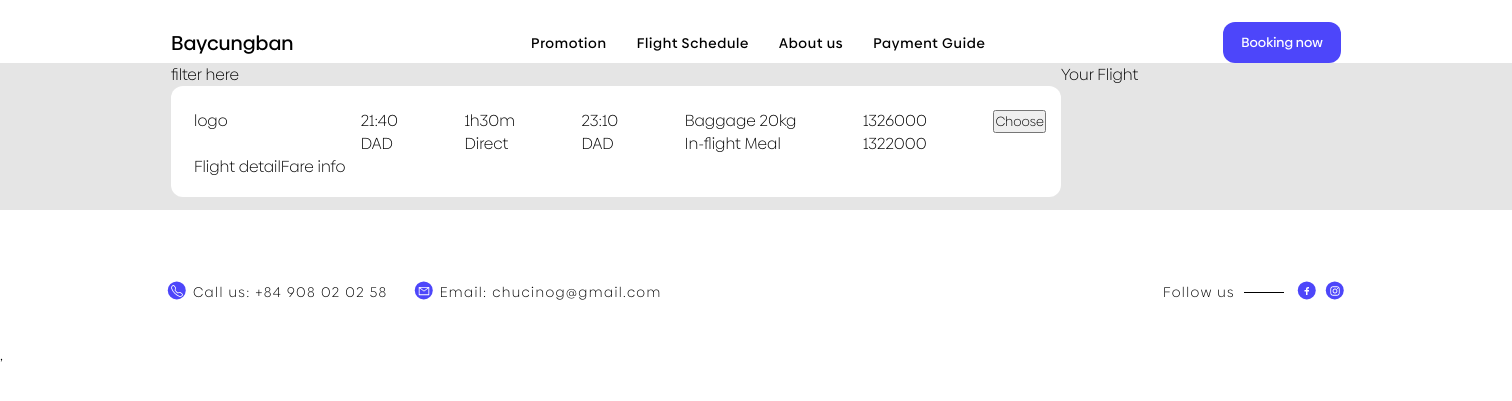
Repository: pinocoding/my-flying
Page: /list (app in my-flying/)
These files come from the project's save history. The page is drawn as it stood at one moment and after the next save; the edit follows.
The browser window is 1280 px wide. The page is 1512 px wide, so the pictures cover 1512 px, including what lies to the right of the window. The pictures show the whole page.
The project was rebuilt for these pictures with package versions that can differ from the ones it lists, and the page was loaded fresh each time. Also part of the build but not shown: my-flying/src/components/InDecreaBtn/InDecreaBtn.js, my-flying/src/components/TravelBooking/TravelBooking.css, my-flying/src/components/TravelBooking/TravelBooking.js, my-flying/src/components/home/Home.css, my-flying/src/components/home/Home.js. Imported but missing from the stored project, and not drawn on this page: my-flying/src/reportWebVitals.

Above is the page before, as saved 2022-09-09 17:02:12.

After the next save:
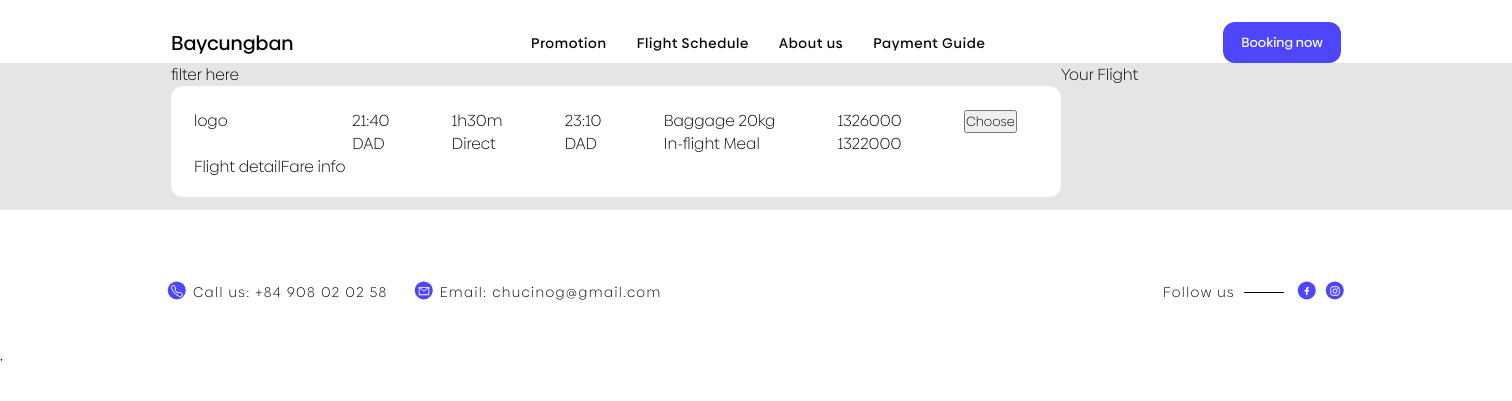
Saved 7 s later.
--- a/my-flying/src/components/FlightsInfor/FlightInfor.css
+++ b/my-flying/src/components/FlightsInfor/FlightInfor.css
@@ -16,7 +16,6 @@
   display: flex;
 }
 .flight-choose {
-
-
-
+  width: 82px;
+  height: 33px;
 }
